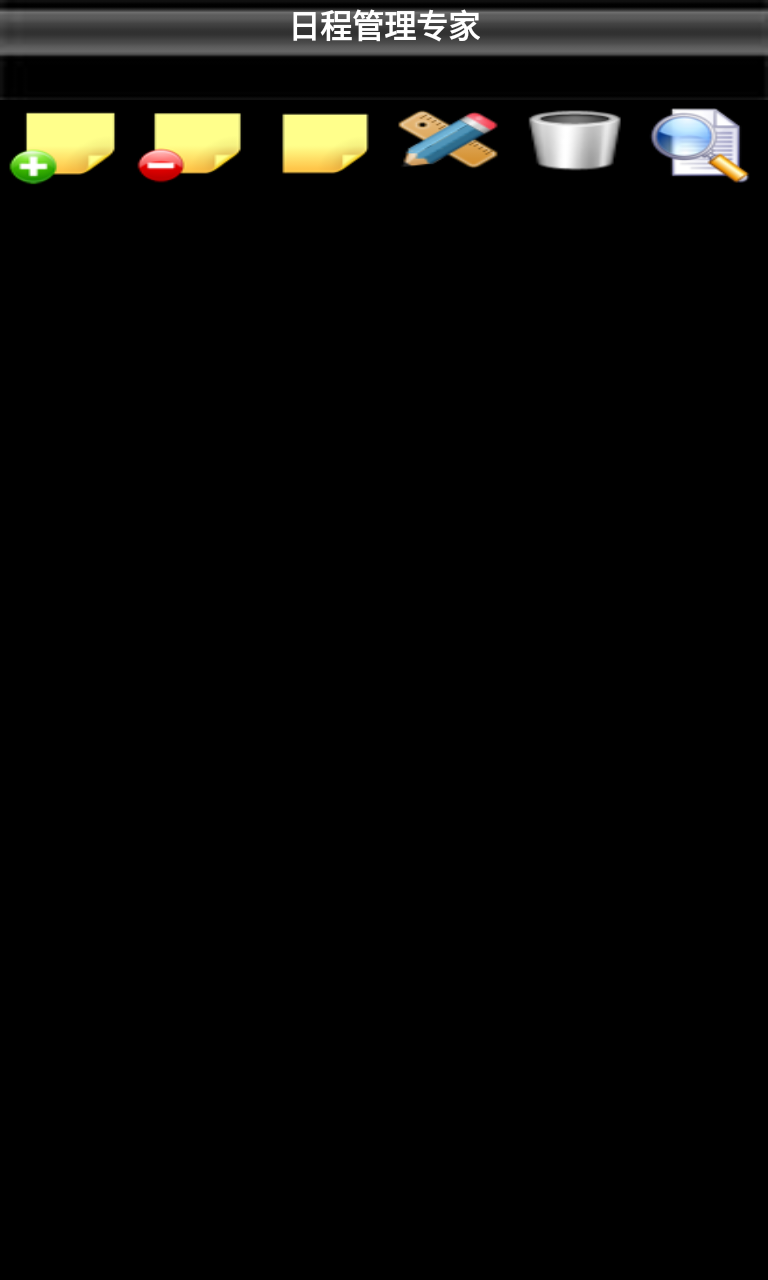
Repository: gogolaile/CoolWeather
Layout: DayDel/res/layout/activity_main.xml
The author's editor kept a copy of each file at every save. The layout is drawn from the files as they stood at one save, then again after the next save.
It is drawn on a 768 x 1280 px phone screen (xhdpi) without system bars, with theme android:Theme.NoTitleBar.Fullscreen; the app's code is not run.

Above is the layout before, as saved 2015-12-04 09:22:52.

### DayDel/res/layout/activity_main.xml
<LinearLayout xmlns:android="http://schemas.android.com/apk/res/android"
    android:layout_width="match_parent"
    android:layout_height="match_parent"
    android:orientation="vertical">

    <FrameLayout
        android:layout_width="match_parent"
        android:layout_height="50dp"
        android:background="@drawable/title">
    <TextView
        android:layout_width="wrap_content"
        android:layout_height="wrap_content"
        android:text="@string/day_manager"
        android:textSize="16sp"
        android:textColor="#FFFF"
        android:textStyle="bold"
        android:layout_gravity="center_horizontal"
        />
     </FrameLayout>
     <LinearLayout
         android:layout_width="match_parent"
         android:layout_height="wrap_content"
         android:orientation="horizontal">
         <ImageButton
             android:id = "@+id/newone_b"
             android:layout_width="0dp"
             android:layout_height="wrap_content"
             android:layout_weight="1"
             android:layout_margin="4dp"
             android:background="@drawable/newone"/>
          <ImageButton
             android:id = "@+id/delete_b"
             android:layout_width="0dp"
             android:layout_height="wrap_content"
             android:layout_weight="1"
             android:layout_margin="4dp"
             android:background="@drawable/delete"/>
           <ImageButton
             android:id = "@+id/check_b"
             android:layout_width="0dp"
             android:layout_height="wrap_content"
             android:layout_weight="1"
             android:layout_margin="4dp"
             android:background="@drawable/check"/>
            <ImageButton
             android:id = "@+id/edit_b"
             android:layout_width="0dp"
             android:layout_height="wrap_content"
             android:layout_weight="1"
             android:layout_margin="4dp"
             android:background="@drawable/edit"/>
           <ImageButton
             android:id = "@+id/deleteall_b"
             android:layout_width="0dp"
             android:layout_height="wrap_content"
             android:layout_weight="1"
             android:layout_margin="4dp"
             android:background="@drawable/deleteall"/>
           <ImageButton
             android:id = "@+id/search_b"
             android:layout_width="0dp"
             android:layout_height="wrap_content"
             android:layout_weight="1"
             android:layout_margin="4dp"
             android:background="@drawable/search"/>
     </LinearLayout>
</LinearLayout>

### DayDel/res/values/strings.xml
<?xml version="1.0" encoding="utf-8"?>
<resources>

    <string name="app_name">DayDel</string>
    <string name="hello_world">Hello world!</string>
    <string name="action_settings">Settings</string>
    <string name="day_manager">日程管理专家</string>

</resources>

After the next save:
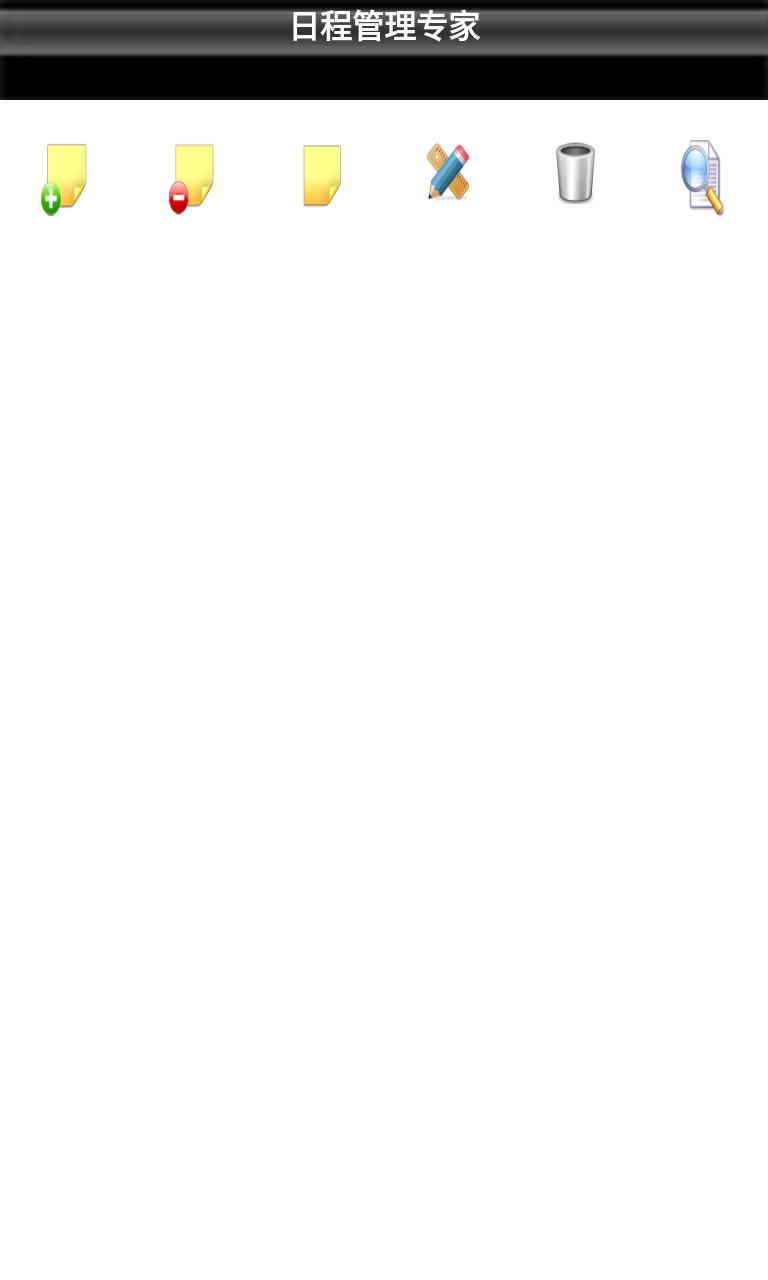
Saved 2 min 26 s later.
--- a/DayDel/res/layout/activity_main.xml
+++ b/DayDel/res/layout/activity_main.xml
@@ -1,6 +1,7 @@
 <LinearLayout xmlns:android="http://schemas.android.com/apk/res/android"
     android:layout_width="match_parent"
     android:layout_height="match_parent"
+    android:background="#FFFF"
     android:orientation="vertical">
 
     <FrameLayout
@@ -26,42 +27,42 @@
              android:layout_width="0dp"
              android:layout_height="wrap_content"
              android:layout_weight="1"
-             android:layout_margin="4dp"
+             android:layout_margin="20dp"
              android:background="@drawable/newone"/>
           <ImageButton
              android:id = "@+id/delete_b"
              android:layout_width="0dp"
              android:layout_height="wrap_content"
              android:layout_weight="1"
-             android:layout_margin="4dp"
+             android:layout_margin="20dp"
              android:background="@drawable/delete"/>
            <ImageButton
              android:id = "@+id/check_b"
              android:layout_width="0dp"
              android:layout_height="wrap_content"
              android:layout_weight="1"
-             android:layout_margin="4dp"
+             android:layout_margin="20dp"
              android:background="@drawable/check"/>
             <ImageButton
              android:id = "@+id/edit_b"
              android:layout_width="0dp"
              android:layout_height="wrap_content"
              android:layout_weight="1"
-             android:layout_margin="4dp"
+             android:layout_margin="20dp"
              android:background="@drawable/edit"/>
            <ImageButton
              android:id = "@+id/deleteall_b"
              android:layout_width="0dp"
              android:layout_height="wrap_content"
              android:layout_weight="1"
-             android:layout_margin="4dp"
+             android:layout_margin="20dp"
              android:background="@drawable/deleteall"/>
            <ImageButton
              android:id = "@+id/search_b"
              android:layout_width="0dp"
              android:layout_height="wrap_content"
              android:layout_weight="1"
-             android:layout_margin="4dp"
+             android:layout_margin="20dp"
              android:background="@drawable/search"/>
      </LinearLayout>
 </LinearLayout>
